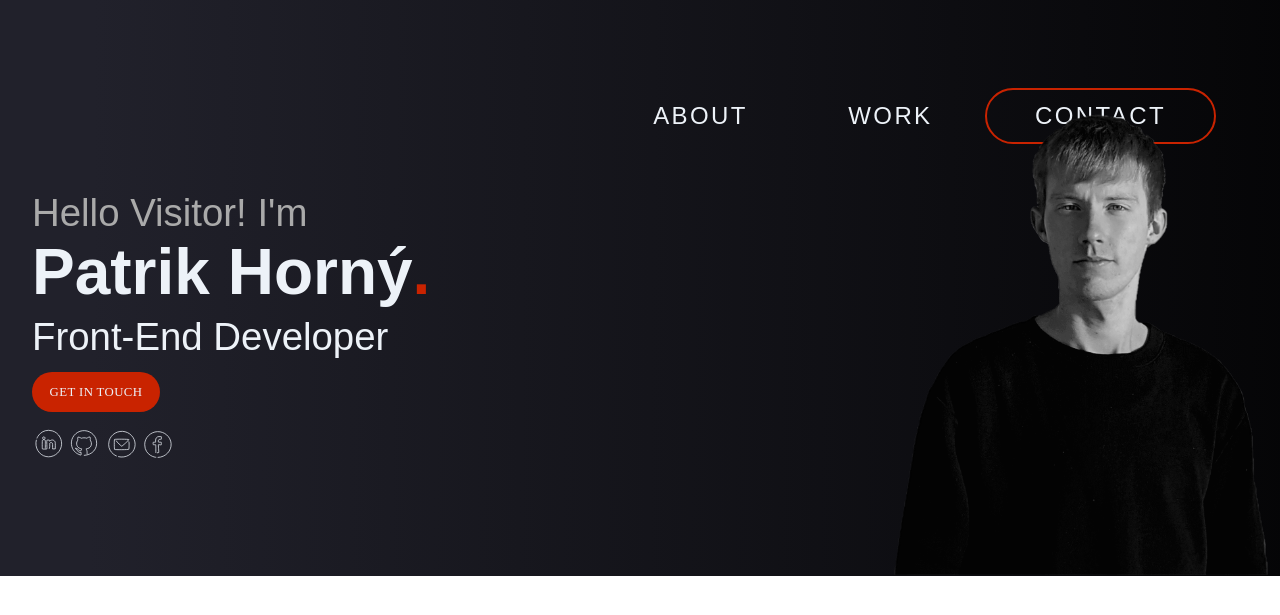
Repository: Spreceriany/portfolio
Page: index.html
An editor plug-in stored every save of this project. The page is shown before and after the next save, followed by the edit.
The browser window is 1280 px wide. The pictures show the whole page.
Some web fonts or font styles are not loaded; a fallback is used. The style sheet was rebuilt from its Sass, Less or Tailwind sources for each picture, by a compiler version that may differ from the author's.

Above is the page before, as saved 2021-03-07 17:04:59.

After the next save:
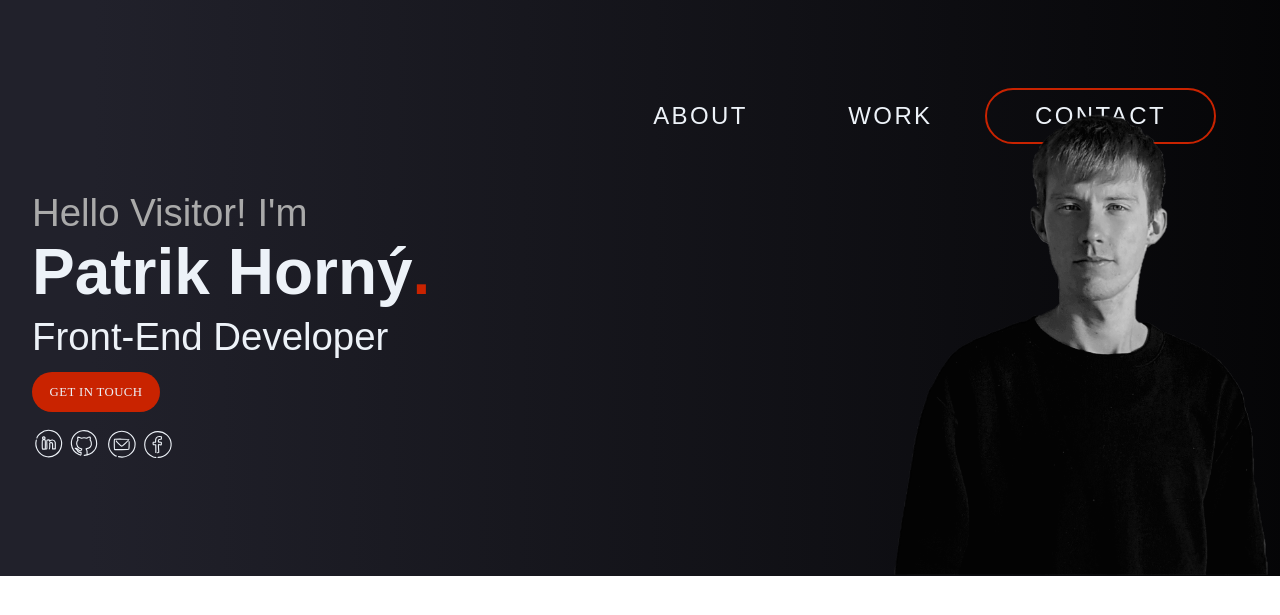
Saved 4 s later.
--- a/css/style.scss
+++ b/css/style.scss
@@ -125,7 +125,7 @@ main {
     height: 100%;
     fill: none;
     stroke: #edf2f8;
-    stroke-width: 6;
+    stroke-width: 9;
     stroke-linecap: round;
     stroke-linejoin: round;
     stroke-miterlimit: 10;
